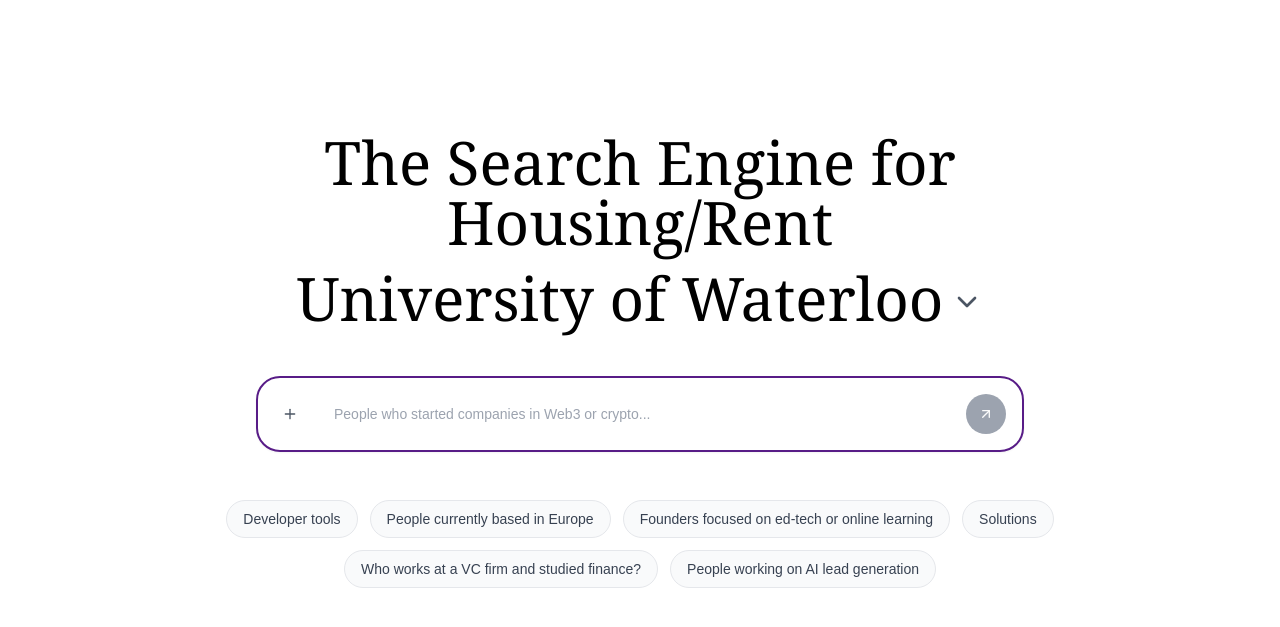
Repository: nicholaschen09/ai-agent-housing
Page: /
The author's editor kept a copy of each file at every save. The page is drawn from the files as they stood at one save, then again after a run of saves.
The browser window is 1280 px wide. The pictures show the whole page.
The project was rebuilt for these pictures with package versions that can differ from the ones it lists, and the page was loaded fresh each time. The framework's server and built-in components were replaced by stand-ins that run in the browser. Also part of the build but not shown: next.config.mjs.

Above is the page before, as saved 2025-06-09 01:42:55.

### app/page.tsx
import { ArrowUp, Plus, Sparkles, ChevronDown } from "lucide-react"
import { Button } from "@/components/ui/button"
import { Input } from "@/components/ui/input"

export default function Component() {
  const searchSuggestions = [
    "Developer tools",
    "People currently based in Europe",
    "Founders focused on ed-tech or online learning",
    "Solutions",
    "Who works at a VC firm and studied finance?",
    "People working on AI lead generation",
  ]

  return (
    <div className="min-h-screen bg-white flex flex-col items-center justify-center px-6 py-16">
      <div className="max-w-4xl w-full text-center space-y-12">
        {/* Main Heading */}
        <div className="space-y-4">
          <h1 className="text-5xl md:text-6xl font-serif text-black leading-tight">The Search Engine for Housing/Rent</h1>
          <div className="flex items-center justify-center gap-2">
            <h2 className="text-5xl md:text-6xl font-serif text-black">University of Waterloo</h2>
            <ChevronDown className="w-8 h-8 text-gray-600 mt-2" />
          </div>
        </div>

        {/* Search Bar */}
        <div className="relative max-w-3xl mx-auto">
          <div className="relative bg-white rounded-3xl border-2 border-purple-900 p-4 shadow-sm">
            <div className="flex items-center gap-4">
              <Button size="sm" variant="ghost" className="rounded-full w-8 h-8 p-0 hover:bg-gray-100">
                <Plus className="w-4 h-4 text-gray-600" />
              </Button>

              <Input
                type="text"
                placeholder="People who started companies in Web3 or crypto..."
                className="flex-1 text-lg border-0 bg-transparent focus-visible:ring-0 focus-visible:ring-offset-0 placeholder:text-gray-400"
              />

              <div className="flex items-center gap-2">
                <Button size="sm" className="rounded-full w-10 h-10 p-0 bg-gray-400 hover:bg-gray-500 ml-2">
                  <ArrowUp className="w-4 h-4 rotate-45" />
                </Button>
              </div>
            </div>
          </div>
        </div>

        {/* Search Suggestions */}
        <div className="flex flex-wrap justify-center gap-3 max-w-4xl mx-auto">
          {searchSuggestions.map((suggestion, index) => (
            <Button
              key={index}
              variant="outline"
              className="rounded-full bg-gray-50 hover:bg-gray-100 text-gray-700 border-gray-200 px-4 py-2 h-auto text-sm"
            >
              {suggestion}
            </Button>
          ))}
        </div>
      </div>
    </div>
  )
}

### components/ui/button.tsx
import * as React from "react"
import { Slot } from "@radix-ui/react-slot"
import { cva, type VariantProps } from "class-variance-authority"

import { cn } from "@/lib/utils"

const buttonVariants = cva(
  "inline-flex items-center justify-center gap-2 whitespace-nowrap rounded-md text-sm font-medium ring-offset-background transition-colors focus-visible:outline-none focus-visible:ring-2 focus-visible:ring-ring focus-visible:ring-offset-2 disabled:pointer-events-none disabled:opacity-50 [&_svg]:pointer-events-none [&_svg]:size-4 [&_svg]:shrink-0",
  {
    variants: {
      variant: {
        default: "bg-primary text-primary-foreground hover:bg-primary/90",
        destructive:
          "bg-destructive text-destructive-foreground hover:bg-destructive/90",
        outline:
          "border border-input bg-background hover:bg-accent hover:text-accent-foreground",
        secondary:
          "bg-secondary text-secondary-foreground hover:bg-secondary/80",
        ghost: "hover:bg-accent hover:text-accent-foreground",
        link: "text-primary underline-offset-4 hover:underline",
      },
      size: {
        default: "h-10 px-4 py-2",
        sm: "h-9 rounded-md px-3",
        lg: "h-11 rounded-md px-8",
        icon: "h-10 w-10",
      },
    },
    defaultVariants: {
      variant: "default",
      size: "default",
    },
  }
)

export interface ButtonProps
  extends React.ButtonHTMLAttributes<HTMLButtonElement>,
    VariantProps<typeof buttonVariants> {
  asChild?: boolean
}

const Button = React.forwardRef<HTMLButtonElement, ButtonProps>(
  ({ className, variant, size, asChild = false, ...props }, ref) => {
    const Comp = asChild ? Slot : "button"
    return (
      <Comp
        className={cn(buttonVariants({ variant, size, className }))}
        ref={ref}
        {...props}
      />
    )
  }
)
Button.displayName = "Button"

export { Button, buttonVariants }

### components/ui/input.tsx
import * as React from "react"

import { cn } from "@/lib/utils"

const Input = React.forwardRef<HTMLInputElement, React.ComponentProps<"input">>(
  ({ className, type, ...props }, ref) => {
    return (
      <input
        type={type}
        className={cn(
          "flex h-10 w-full rounded-md border border-input bg-background px-3 py-2 text-base ring-offset-background file:border-0 file:bg-transparent file:text-sm file:font-medium file:text-foreground placeholder:text-muted-foreground focus-visible:outline-none focus-visible:ring-2 focus-visible:ring-ring focus-visible:ring-offset-2 disabled:cursor-not-allowed disabled:opacity-50 md:text-sm",
          className
        )}
        ref={ref}
        {...props}
      />
    )
  }
)
Input.displayName = "Input"

export { Input }

Loaded but not shown: app/layout.tsx (common file); app/globals.css (common file); lib/utils.ts (common file); tailwind.config.ts (common file)

After the next 3 saves:
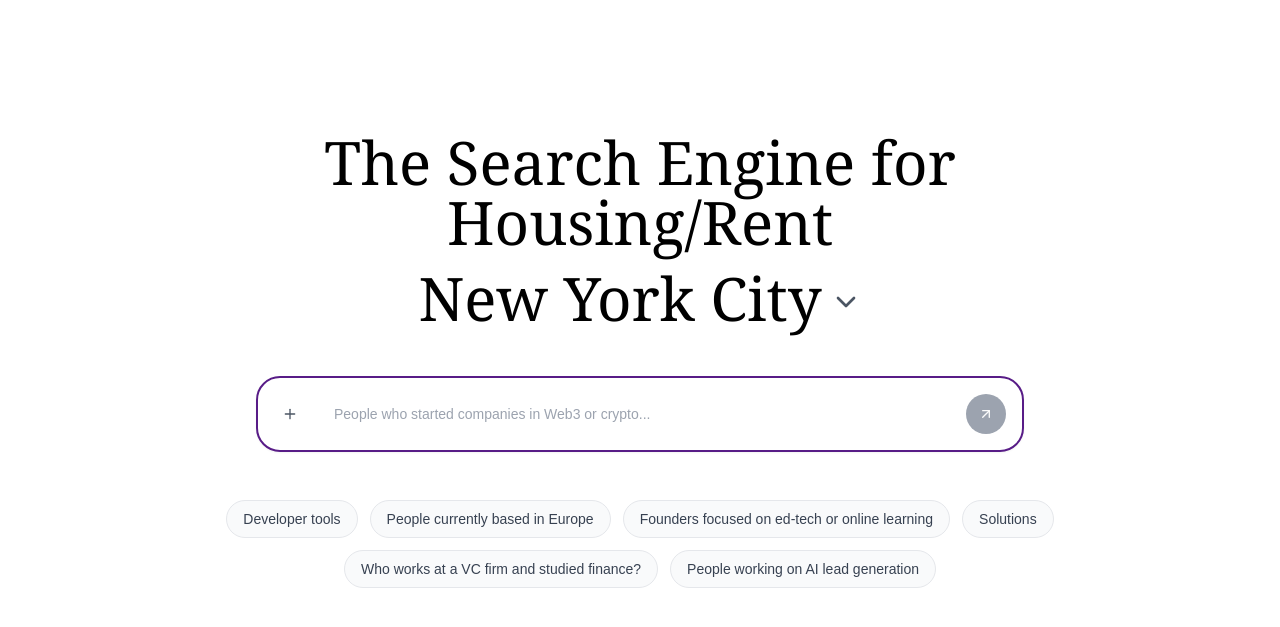
The 3 saves are shown as one change because they came seconds apart.
The last was saved 14 s later.
--- a/app/page.tsx
+++ b/app/page.tsx
@@ -19,7 +19,7 @@
         <div className="space-y-4">
           <h1 className="text-5xl md:text-6xl font-serif text-black leading-tight">The Search Engine for Housing/Rent</h1>
           <div className="flex items-center justify-center gap-2">
-            <h2 className="text-5xl md:text-6xl font-serif text-black">University of Waterloo</h2>
+            <h2 className="text-5xl md:text-6xl font-serif text-black">New York City</h2>
             <ChevronDown className="w-8 h-8 text-gray-600 mt-2" />
           </div>
         </div>
